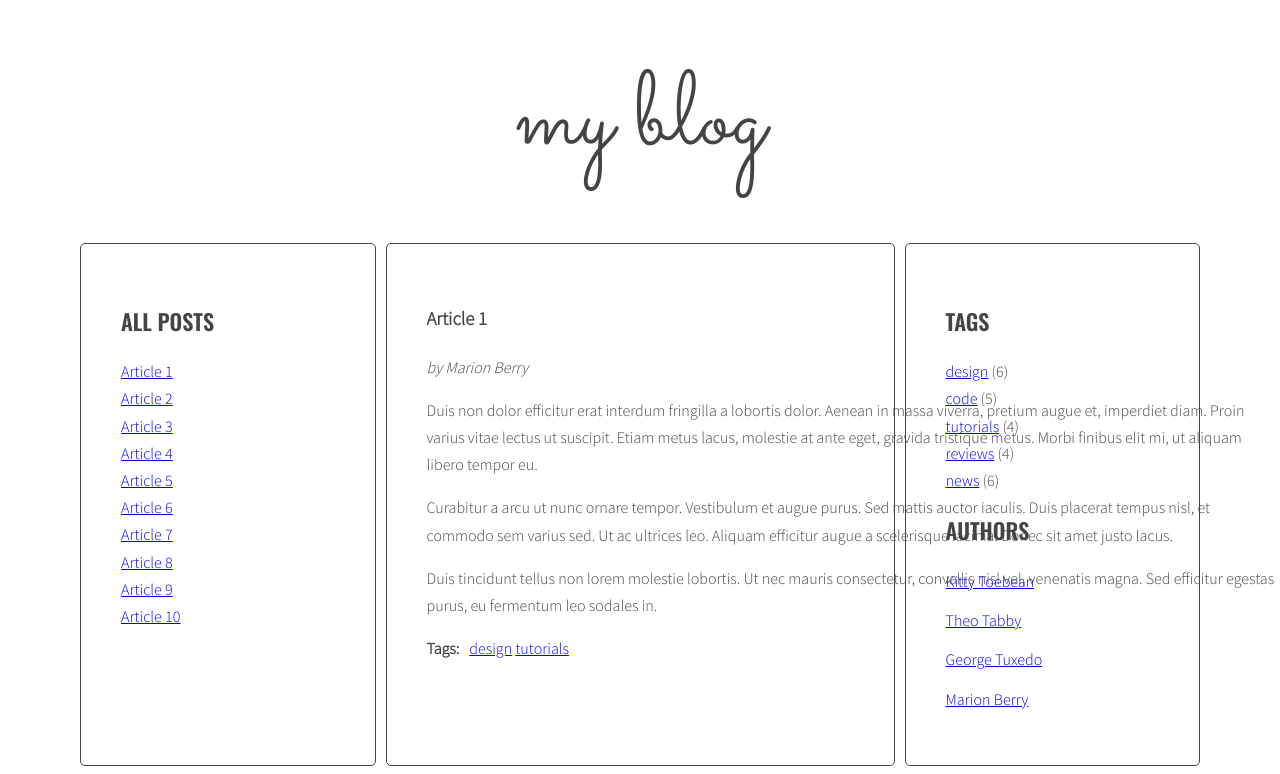
Repository: ulasup/javascript-blog
Page: index.html
An editor plug-in stored every save of this project. The page is shown before and after the next save, followed by the edit.
The browser window is 1280 px wide. The pictures show the whole page.
The style sheet was rebuilt from its Sass, Less or Tailwind sources for each picture, by a compiler version that may differ from the author's.

Above is the page before, as saved 2020-12-13 16:06:56.

### index.html
<!DOCTYPE html>
<html  lang="en">
    <head>
        <meta charset="UTF-8">
        <title>Film blog</title>
        <link rel="stylesheet" href="css/style.css">
    </head>
    <body>
        <div class="blog">
            <div class="container">
              <h1 class="logo">my blog</h1>
              <main class="wrapper">
                <aside class="sidebar">
                  <h2 class="section-title">All posts</h2>
                  <ul class="list titles">

                  </ul>
                </aside>
                <section class="posts">
                  <article class="post active" id="article-1">
                    <h3 class="post-title">Article 1</h3>
                    <p class="post-author">by Marion Berry</p>
                    <div class="post-content">
                      <p>Duis non dolor efficitur erat interdum fringilla a lobortis dolor. Aenean in massa viverra, pretium augue et, imperdiet diam. Proin varius vitae lectus ut suscipit. Etiam metus lacus, molestie at ante eget, gravida tristique metus. Morbi finibus elit mi, ut aliquam libero tempor eu.</p>
                      <p>Curabitur a arcu ut nunc ornare tempor. Vestibulum et augue purus. Sed mattis auctor iaculis. Duis placerat tempus nisl, et commodo sem varius sed. Ut ac ultrices leo. Aliquam efficitur augue a scelerisque lacinia. Donec sit amet justo lacus.</p>
                      <p>Duis tincidunt tellus non lorem molestie lobortis. Ut nec mauris consectetur, convallis nisl vel, venenatis magna. Sed efficitur egestas purus, eu fermentum leo sodales in.</p>
                    </div>
                    <div class="post-tags">
                      <p><strong>Tags:</strong></p>
                      <ul class="list list-horizontal">
                        <li><a href="#">design</a></li>
                        <li><a href="#">tutorials</a></li>
                      </ul>
                    </div>
                  </article>
                  <article class="post" id="article-2">
                    <h3 class="post-title">Article 2</h3>
                    <p class="post-author">by Theo Tabby</p>
                    <div class="post-content">
                      <p>Phasellus sollicitudin, arcu vel iaculis ullamcorper, quam leo viverra orci, et faucibus quam sapien vel est. Maecenas ac suscipit elit. Nullam interdum, lorem vitae venenatis pulvinar, ex dui malesuada nunc, tempus cursus enim metus vel nulla.</p>
                      <p>Integer hendrerit, eros id efficitur dapibus, ante arcu ullamcorper orci, a iaculis felis turpis at purus. Quisque sodales posuere sapien vel consectetur. Duis dui urna, commodo non ante nec, mattis dictum enim. Donec aliquam erat sed diam lobortis, vel gravida lacus laoreet. Phasellus pretium maximus mi, eu posuere justo suscipit vel.</p>
                      <p>Nam magna nisl, varius in malesuada vitae, facilisis vel metus. Proin rhoncus euismod leo dictum lobortis. Suspendisse non ante sapien.</p>
                    </div>
                    <div class="post-tags">
                      <p><strong>Tags:</strong></p>
                      <ul class="list list-horizontal">
                        <li><a href="#">news</a></li>
                        <li><a href="#">code</a></li>
                      </ul>
                    </div>
                  </article>
                  <article class="post" id="article-3">
                    <h3 class="post-title">Article 3</h3>
                    <p class="post-author">by George Tuxedo</p>
                    <div class="post-content">
                      <p>Mauris vel pellentesque turpis, ac sodales nisl. Quisque iaculis mi velit, ut convallis tellus accumsan a. Quisque iaculis, nisi et dignissim tincidunt, nisl eros euismod nulla, finibus laoreet erat enim posuere elit.</p>
                      <p>Aenean at semper urna. Duis vel sapien molestie, egestas diam consequat, molestie nulla. Praesent a malesuada metus. Praesent et tempus leo.</p>
                      <p>Mauris in eleifend neque, vitae eleifend velit. Maecenas purus est, bibendum eget imperdiet id, dictum sed ante. Aenean a magna et eros sagittis aliquet.</p>
                    </div>
                    <div class="post-tags">
                      <p><strong>Tags:</strong></p>
                      <ul class="list list-horizontal">
                        <li><a href="#">news</a></li>
                        <li><a href="#">reviews</a></li>
                        <li><a href="#">design</a></li>
                      </ul>
                    </div>
                  </article>
                  <article class="post" id="article-4">
                    <h3 class="post-title">Article 4</h3>
                    <p class="post-author">by Kitty Toebean</p>
                    <div class="post-content">
                      <p>Morbi vel cursus nulla, vel varius mauris. Suspendisse sed elit sit amet risus faucibus vestibulum ut sit amet purus. Donec orci est, condimentum ut quam quis, scelerisque fringilla ligula.</p>
                      <p>Quisque bibendum nisl id quam sagittis, id pretium dolor scelerisque. Suspendisse non odio nec velit dapibus placerat non a libero.</p>
                      <p>Vivamus at tristique ex, feugiat sagittis ex. Cras cursus, ipsum et efficitur commodo, urna sapien rutrum magna, quis sodales justo ligula eget nunc. In hac habitasse platea dictumst.</p>
                    </div>
                    <div class="post-tags">
                      <p><strong>Tags:</strong></p>
                      <ul class="list list-horizontal">
                        <li><a href="#">tutorials</a></li>
                        <li><a href="#">code</a></li>
                        <li><a href="#">design</a></li>
                      </ul>
                    </div>
                  </article>
                  <article class="post" id="article-5">
                    <h3 class="post-title">Article 5</h3>
                    <p class="post-author">by Marion Berry</p>
                    <div class="post-content">
                      <p>Suspendisse sem eros, euismod condimentum arcu ac, consequat fermentum orci. Nam convallis lacus nec interdum vestibulum. Vestibulum luctus, quam eu tristique ornare, lorem nibh sodales enim, vitae tempor dolor ante vitae tortor.</p>
                      <p>Duis venenatis metus quis luctus lobortis. In porttitor ipsum eget ligula aliquam ornare. Cras malesuada urna id volutpat sodales.</p>
                      <p>Donec lobortis ultricies turpis, eu viverra magna gravida quis. Fusce sit amet pretium nulla. Duis rutrum metus vel libero sodales, pellentesque varius ex pulvinar.</p>
                    </div>
                    <div class="post-tags">
                      <p><strong>Tags:</strong></p>
                      <ul class="list list-horizontal">
                        <li><a href="#">design</a></li>
                        <li><a href="#">reviews</a></li>
                      </ul>
                    </div>
                  </article>
                  <article class="post" id="article-6">
                    <h3 class="post-title">Article 6</h3>
                    <p class="post-author">by George Tuxedo</p>
                    <div class="post-content">
                      <p>Donec posuere iaculis ante sed hendrerit. Lorem ipsum dolor sit amet, consectetur adipiscing elit. Quisque hendrerit neque nec urna tincidunt, quis vehicula dui vulputate. Morbi est sapien, auctor ut lectus eu, placerat viverra lorem.</p>
                      <p>Cras consectetur at erat id accumsan. Suspendisse lacinia in nulla quis vulputate. Nunc vitae consectetur augue. Nam ut vehicula mi. Aliquam tristique, purus in hendrerit porta, elit lectus finibus mi, vel malesuada nisl lectus a libero.</p>
                      <p>Nam quis efficitur ante. Sed eget purus quis ex commodo porta eu sit amet dolor. Mauris tellus nisl, dictum nec est vitae, condimentum ornare ante. Fusce ornare hendrerit maximus. In maximus rhoncus justo.</p>
                    </div>
                    <div class="post-tags">
                      <p><strong>Tags:</strong></p>
                      <ul class="list list-horizontal">
                        <li><a href="#">reviews</a></li>
                        <li><a href="#">code</a></li>
                      </ul>
                    </div>
                  </article>
                  <article class="post" id="article-7">
                    <h3 class="post-title">Article 7</h3>
                    <p class="post-author">by Kitty Toebean</p>
                    <div class="post-content">
                      <p>Donec eleifend mauris ac nisl fermentum, ac fermentum turpis dignissim. Aliquam diam nisl, imperdiet a varius eget, lobortis sed nisi. Nullam suscipit ipsum sed magna blandit, sed pellentesque urna malesuada.</p>
                      <p>Duis vestibulum arcu et lectus viverra porta. Praesent tempor lacus eget quam mattis, sit amet venenatis diam ultrices. Morbi gravida sapien quis ligula tincidunt, vel sagittis erat ultrices.</p>
                      <p>Ut orci tellus, laoreet ac diam ut, tempus bibendum nisi. Nam egestas sagittis nibh. Curabitur tristique dui quis egestas pretium. Duis eu felis orci.</p>
                    </div>
                    <div class="post-tags">
                      <p><strong>Tags:</strong></p>
                      <ul class="list list-horizontal">
                        <li><a href="#">code</a></li>
                        <li><a href="#">news</a></li>
                      </ul>
                    </div>
                  </article>
                  <article class="post" id="article-8">
                    <h3 class="post-title">Article 8</h3>
                    <p class="post-author">by Theo Tabby</p>
                    <div class="post-content">
                      <p>Praesent quis imperdiet erat. Curabitur tempor sapien a interdum malesuada. Proin libero erat, sagittis a sollicitudin eget, pulvinar nec risus. Cras et suscipit sem.</p>
                      <p>Maecenas consequat diam nec sollicitudin congue. Aenean porttitor porttitor quam, condimentum interdum metus congue sed. Donec at nulla ipsum.</p>
                      <p>Mauris non congue dui. Aenean ac eros vitae massa vulputate aliquet ut ac elit. Morbi iaculis auctor nunc aliquet luctus. Nunc tincidunt sem dui, quis interdum leo pellentesque eget. Fusce id leo varius, imperdiet nunc vitae, tristique mi. Mauris quis interdum justo. Mauris auctor purus eu leo faucibus feugiat. Nulla at odio vitae leo semper blandit.</p>
                    </div>
                    <div class="post-tags">
                      <p><strong>Tags:</strong></p>
                      <ul class="list list-horizontal">
                        <li><a href="#">news</a></li>
                        <li><a href="#">design</a></li>
                        <li><a href="#">tutorials</a></li>
                      </ul>
                    </div>
                  </article>
                  <article class="post" id="article-9">
                    <h3 class="post-title">Article 9</h3>
                    <p class="post-author">by Marion Berry</p>
                    <div class="post-content">
                      <p>Tam et facilisis purus. Donec vulputate est quis lobortis posuere. Nunc vitae lorem ut odio faucibus pulvinar nec in justo. Ut ut ante ac tellus ornare tempus. Nunc maximus, tortor et dictum convallis, nunc libero posuere leo, scelerisque ultrices arcu sapien ut tellus.</p>
                      <p>Fusce lacinia augue massa, non tincidunt tortor auctor quis. Vestibulum ut pretium nisl. Etiam id tellus tempus, commodo ligula vehicula, porta magna.</p>
                      <p>Donec fringilla blandit dolor vel aliquet. Fusce tortor sapien, lobortis eu vehicula sit amet, dignissim et lectus. In ullamcorper metus vel massa fermentum, at fermentum dui sollicitudin. Nullam lacinia elit vel tortor ullamcorper pulvinar.</p>
                    </div>
                    <div class="post-tags">
                      <p><strong>Tags:</strong></p>
                      <ul class="list list-horizontal">
                        <li><a href="#">news</a></li>
                        <li><a href="#">tutorials</a></li>
                      </ul>
                    </div>
                  </article>
                  <article class="post" id="article-10">
                    <h3 class="post-title">Article 10</h3>
                    <p class="post-author">by George Tuxedo</p>
                    <div class="post-content">
                      <p>Aliquam erat volutpat. Ut non eleifend lectus. Donec suscipit tellus tempor, ornare dui id, hendrerit neque. Phasellus lacinia laoreet dui in luctus. Sed hendrerit, magna sit amet varius tempor, augue augue scelerisque est, non scelerisque mauris libero eu sapien.</p>
                      <p>Sed at sapien in quam sollicitudin aliquam. In interdum metus a mi porttitor luctus. Sed commodo, arcu id lacinia posuere, felis elit pharetra urna, at feugiat est orci sit amet libero. Quisque in nisl est. Nullam vehicula at lectus non luctus. Cras aliquam neque magna, at varius nisi egestas ut.</p>
                      <p>Rhoncus purus nulla, non auctor lacus placerat ut. Aliquam condimentum eget magna ac gravida. Etiam egestas faucibus urna et finibus. Cras vel tellus vel magna suscipit euismod. Maecenas id arcu ante. Duis iaculis scelerisque erat, at ullamcorper arcu consectetur eu. Fusce aliquam diam at arcu pharetra, vel fermentum nunc lobortis.</p>
                    </div>
                    <div class="post-tags">
                      <p><strong>Tags:</strong></p>
                      <ul class="list list-horizontal">
                        <li><a href="#">code</a></li>
                        <li><a href="#">design</a></li>
                        <li><a href="#">news</a></li>
                        <li><a href="#">reviews</a></li>
                      </ul>
                    </div>
                  </article>
                </section>
                <aside class="sidebar">
                  <h2 class="section-title">Tags</h2>
                  <ul class="list tags">
                    <li><a href="#">design</a> <span>(6)</span></li>
                    <li><a href="#">code</a> <span>(5)</span></li>
                    <li><a href="#">tutorials</a> <span>(4)</span></li>
                    <li><a href="#">reviews</a> <span>(4)</span></li>
                    <li><a href="#">news</a> <span>(6)</span></li>
                  </ul>
                  <h2 class="section-title">Authors</h2>
                  <ul class="list authors">
                    <li>
                      <a href="#">
                        <span class="author-name">Kitty Toebean</span>
                      </a>
                    </li>
                    <li>
                      <a href="#">
                        <span class="author-name">Theo Tabby</span>
                      </a>
                    </li>
                    <li>
                      <a href="#">
                        <span class="author-name">George Tuxedo</span>
                      </a>
                    </li>
                    <li>
                      <a href="#">
                        <span class="author-name">Marion Berry</span>
                      </a>
                    </li>
                  </ul>
                </aside>
              </main>
            </div>
          </div>
    <script src="js/script.js"></script>
    </body>
</html>

### js/script.js
'use strict';

function titleClickHandler(event){
  event.preventDefault();
  console.log('Link was clicked!');
  console.log(event);

  /* [DONE] remove class 'active' from all article links  */
  const activeLinks = document.querySelectorAll('.titles a.active');

  for(let activeLink of activeLinks){
    activeLink.classList.remove('active');
  }

  /* [DONE] add class 'active' to the clicked link */
  const clickedElement = this;
  clickedElement.classList.add('active');
  console.log('clickedElement:', clickedElement);

  /* [DONE] remove class 'active' from all articles */
  const activeArticles = document.querySelectorAll('.post.active');

  for(let activeArticle of activeArticles){
    activeArticle.classList.remove('active');
  }

  /* [DONE] get 'href' attribute from the clicked link */
  const atribute = clickedElement.getAttribute('href');
  console.log(atribute);

  /* [DONE] find the correct article using the selector (value of 'href' attribute) */
  const clickedArticles = document.querySelectorAll(atribute);
  console.log(clickedArticles);

  /* [DONE] add class 'active' to the correct article */
  for(let clickedArticle of clickedArticles){
    clickedArticle.classList.add('active');
  }
}

const optArticleSelector = '.post', optTitleSelector = '.post-title', optTitleListSelector = '.titles';

function generateTitleLinks(){

  /* [DONE] remove contents of titleList */
  const titleList = document.querySelector(optTitleListSelector);
  console.log(titleList);
  titleList.innerHTML = '';

  /* for each article */
  const articles = document.querySelectorAll(optArticleSelector);

  let html = '';

  for (let article of articles){

    /* [DONE] get the article id */
    const articleId = article.getAttribute('id');

    /* [DONE] find the title element */
    /* [DONE] get the title from the title element */
    const articleTitle = article.querySelector(optTitleSelector).innerHTML;

    /* [DONE] create HTML of the link */
    const linkHTML = '<li><a href="#' + articleId + '"><span>' + articleTitle + '</span></a></li>';
    console.log(linkHTML);

    /* [DONE] insert link into titleList */
    html = html + linkHTML;
    console.log(html);
  }

  titleList.innerHTML = html;

  const links = document.querySelectorAll('.titles a');
  console.log(links);

  for(let link of links){link.addEventListener('click', titleClickHandler);}
}

generateTitleLinks();

### sass/style.scss
@import url('https://fonts.googleapis.com/css?family=Oswald:400,600|Sacramento|Source+Sans+Pro:300&subset=latin-ext');

/* Variables */

$color-light: #fff;
$color-dark: #444;

$font-logo: 'Sacramento', cursive;
$font-header: 'Oswald', sans-serif;
$font-text: 'Source Sans Pro', sans-serif;

/* Global */

*, *::before, *::after {
  box-sizing: border-box;
}

body {
  background: $color-light;
  font-family: $font-text;
  color: $color-dark;
  font-weight: 300;
  font-size: 16px;
  line-height: 1.7;
}

.container {
  max-width: 1140px;
  margin: 0 auto;
}

.section-title {
  font-size: 22px;
  text-transform: uppercase;
  font-family: $font-header;
  font-weight: 600;
  span {
    text-transform: none;
    font-weight: 400;
    color: lighten($color-dark, 20%);
  }
}

/* Layout */

.wrapper {
  display: flex;
  margin-left: 10px;
}

.sidebar {
  flex: 1 0 0;
}

.posts {
  flex: 2 0 0;
}

.sidebar, .posts {
  background: $color-light;
  margin-right: 10px;
  padding: 40px;
  border: 1px solid $color-dark;
  border-radius: 5px;
}

/* Logo */

.logo {
  font-family: $font-logo;
  font-weight: 400;
  font-size: 104px;
  line-height: 1;
  text-align: center;
}

/* Lists */

.list {
  list-style-type: none;
  margin: 0;
  padding: 0;
  .active {
    font-weight: bold;
  }
}

.list-horizontal {
  li {
    display: inline-block;
  }
}

/* Authors */

.authors {
  li {
    margin-bottom: 12px;
  }
}

/* Post */

.post {
  z-index: 1;
  display: block;
  position: absolute;
  opacity: 0;
  transition: opacity 1s;
  &.active {
    display: block;
    z-index: 2;
    opacity: 1;
    transition: opacity 1s;
  }
}

.post-author {
  font-style: italic;
}

.post-tags {
  display: flex;
  p {
    margin: 0 10px 0 0;
  }
}

After the next save:
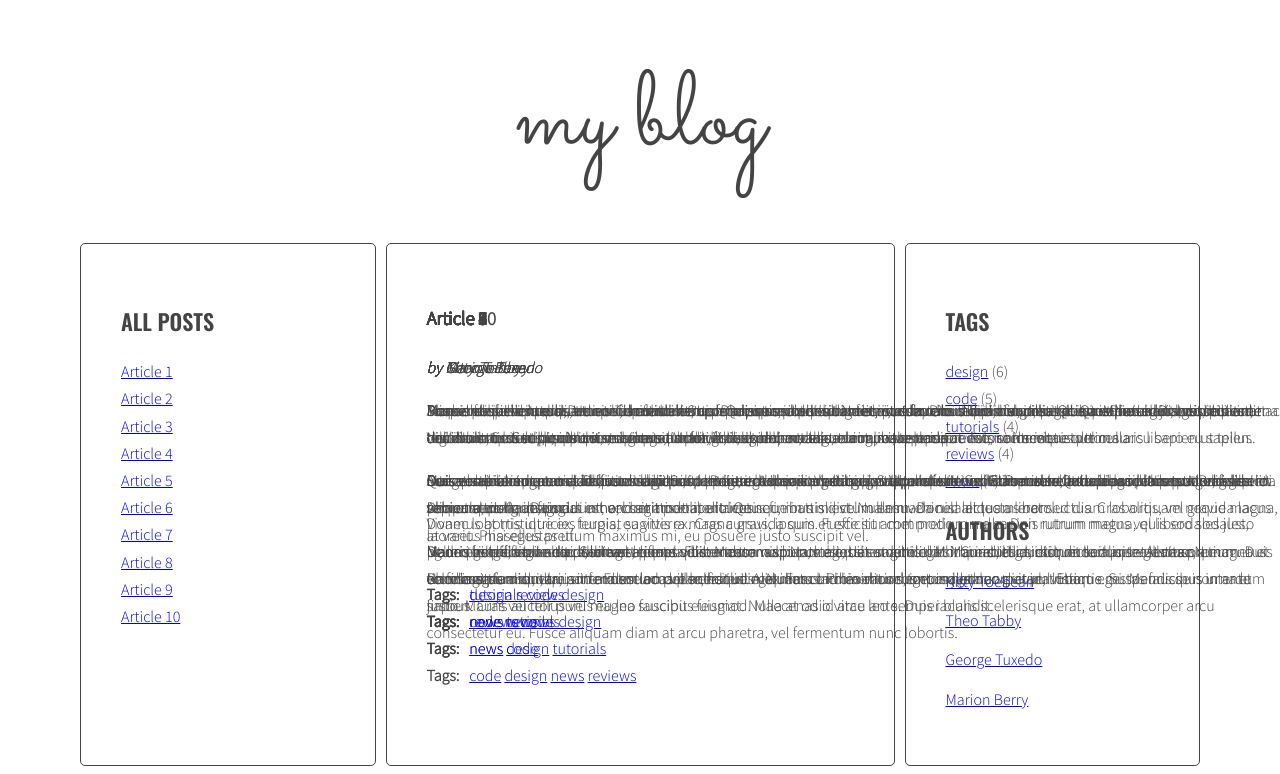
Saved 22 s later.
--- a/sass/style.scss
+++ b/sass/style.scss
@@ -105,12 +105,12 @@ body {
   z-index: 1;
   display: block;
   position: absolute;
-  opacity: 0;
+  opacity: 1;
   transition: opacity 1s;
   &.active {
     display: block;
     z-index: 2;
-    opacity: 1;
+    opacity: 0;
     transition: opacity 1s;
   }
 }
